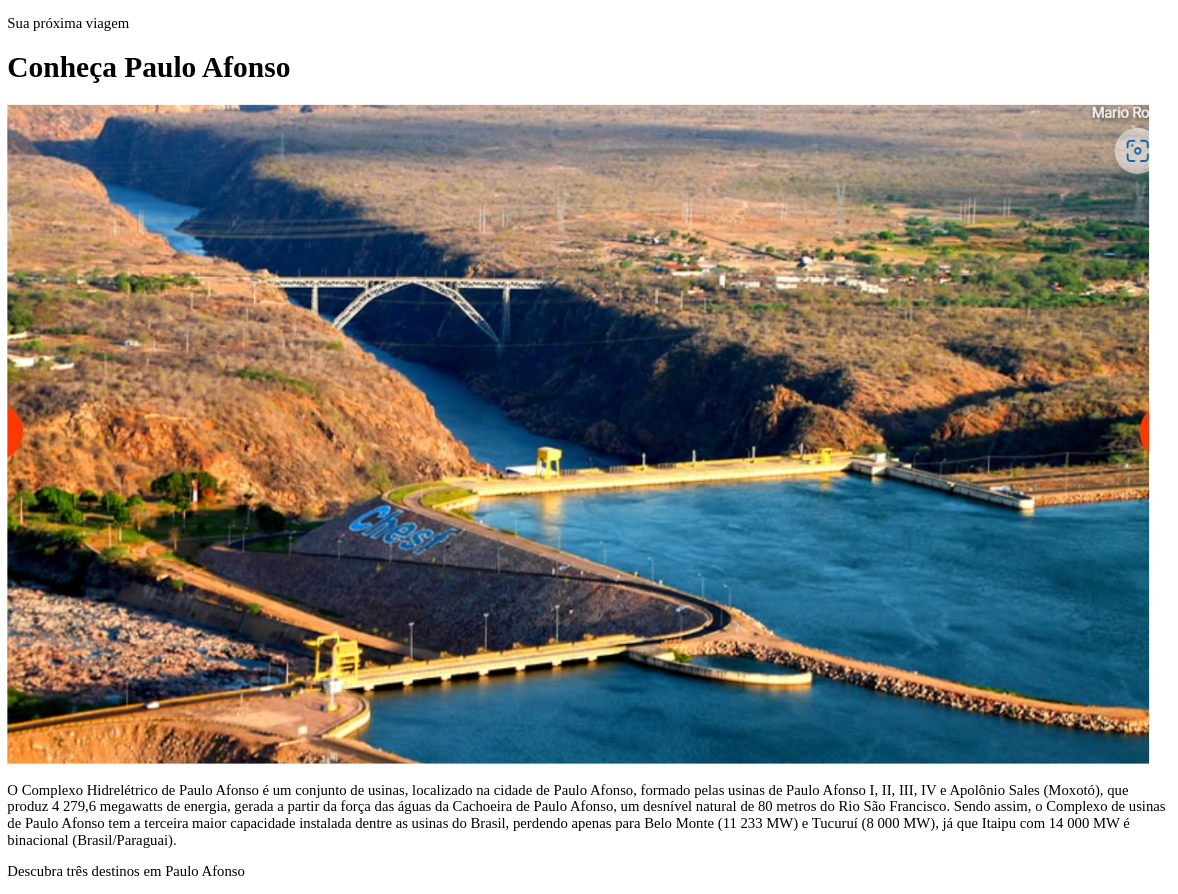
Repository: JeffRodFer/testeGitXGithub
Page: index.html
An editor plug-in stored every save of this project. The page is shown before and after the next save, followed by the edit.
The browser window is 1280 px wide. The pictures show the whole page, at 92% of full size.

Above is the page before, as saved 2025-03-15 18:16:06.

After the next save:
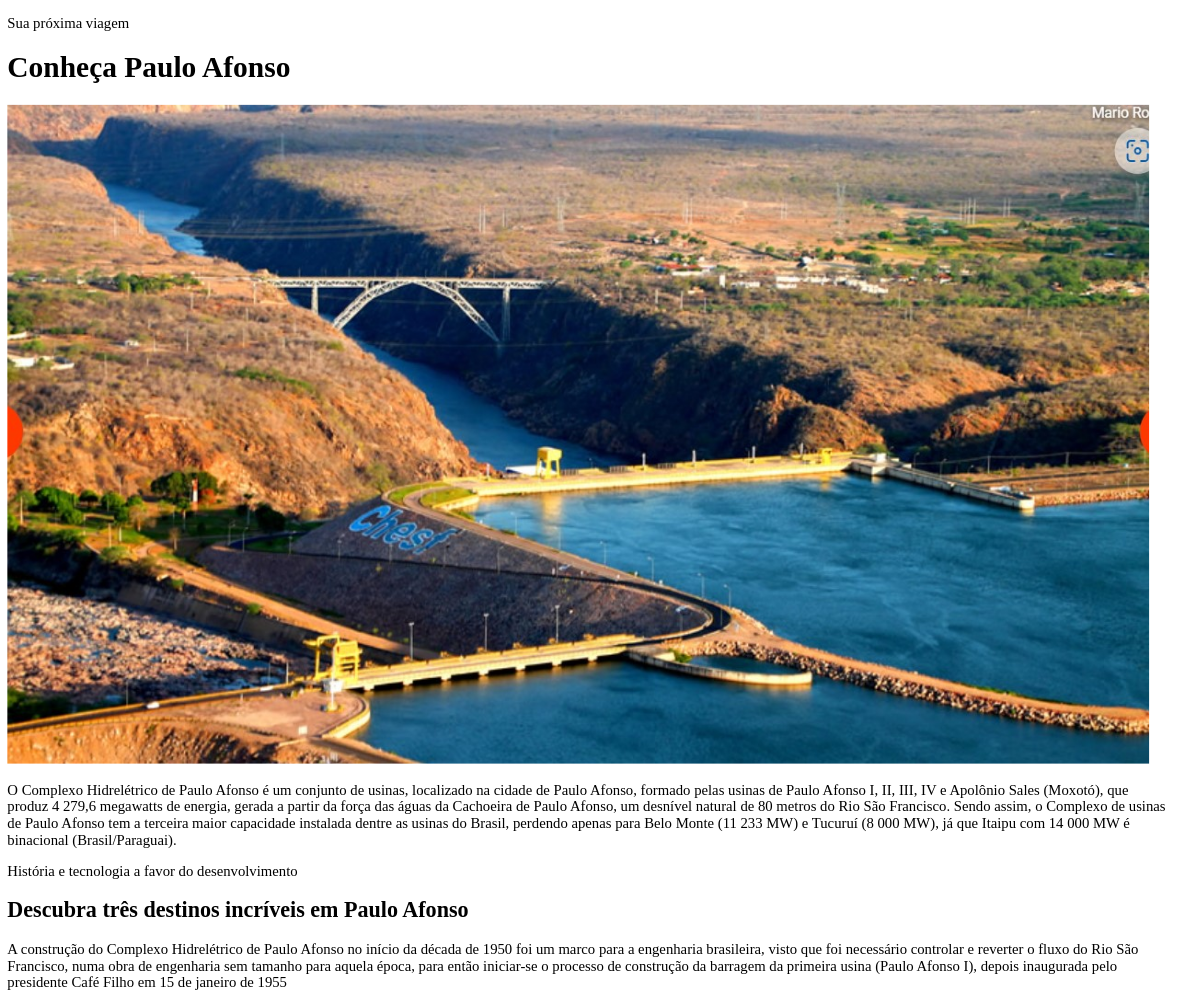
Saved 3 min 1 s later.
--- a/index.html
+++ b/index.html
@@ -14,7 +14,11 @@
             <p>O Complexo Hidrelétrico de Paulo Afonso é um conjunto de usinas, localizado na cidade de Paulo Afonso, formado pelas usinas de Paulo Afonso I, II, III, IV e Apolônio Sales (Moxotó), que produz 4 279,6 megawatts de energia, gerada a partir da força das águas da Cachoeira de Paulo Afonso, um desnível natural de 80 metros do Rio São Francisco. Sendo assim, o Complexo de usinas de Paulo Afonso tem a terceira maior capacidade instalada dentre as usinas do Brasil, perdendo apenas para Belo Monte (11 233 MW) e Tucuruí (8 000 MW), já que Itaipu com 14 000 MW é binacional (Brasil/Paraguai). </p>
         </section>
         <section>
-            <p>Descubra três destinos em Paulo Afonso</p>
+            <p>História e tecnologia a favor do desenvolvimento</p>
+            <h2>Descubra três destinos incríveis em Paulo Afonso</h2>
+            <p>
+                A construção do Complexo Hidrelétrico de Paulo Afonso no início da década de 1950 foi um marco para a engenharia brasileira, visto que foi necessário controlar e reverter o fluxo do Rio São Francisco, numa obra de engenharia sem tamanho para aquela época, para então iniciar-se o processo de construção da barragem da primeira usina (Paulo Afonso I), depois inaugurada pelo presidente Café Filho em 15 de janeiro de 1955
+            </p>
         </section>
     </div>
 </body>
